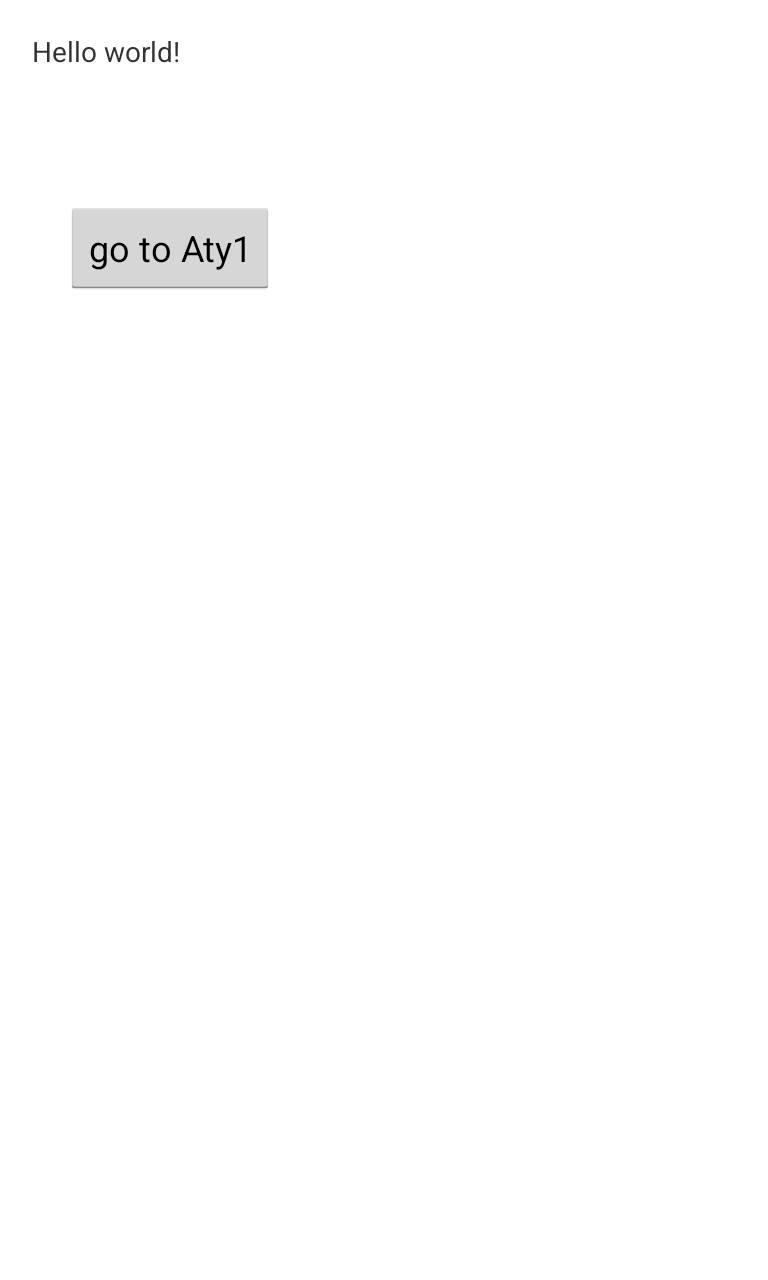
Repository: avenosu/android-coding-practice
Layout: Z001Activity/res/layout/activity_main.xml
The author's editor kept a copy of each file at every save. The layout is drawn from the files as they stood at one save, then again after the next save.
It is drawn on a 768 x 1280 px phone screen (xhdpi) without system bars, with theme AppTheme; the app's code is not run.

Above is the layout before, as saved 2015-03-24 11:28:42.

### Z001Activity/res/layout/activity_main.xml
<RelativeLayout xmlns:android="http://schemas.android.com/apk/res/android"
    xmlns:tools="http://schemas.android.com/tools"
    android:layout_width="match_parent"
    android:layout_height="match_parent"
    android:paddingBottom="@dimen/activity_vertical_margin"
    android:paddingLeft="@dimen/activity_horizontal_margin"
    android:paddingRight="@dimen/activity_horizontal_margin"
    android:paddingTop="@dimen/activity_vertical_margin"
    tools:context="com.zzz.Z001Activity.MainActivity" >


    <TextView
        android:id="@+id/mainactivity_textView1"
        android:layout_width="wrap_content"
        android:layout_height="wrap_content"
        android:text="@string/hello_world" />


    <Button
        android:id="@+id/mainactivity_button1_gotoaty1"
        android:layout_width="wrap_content"
        android:layout_height="wrap_content"
        android:layout_alignParentLeft="true"
        android:layout_alignParentTop="true"
        android:layout_marginLeft="16dp"
        android:layout_marginTop="84dp"
        android:text="go to Aty1" />



</RelativeLayout>

### Z001Activity/res/values/strings.xml
<?xml version="1.0" encoding="utf-8"?>
<resources>

    <string name="app_name">Z001Activity</string>
    <string name="hello_world">Hello world!</string>
    <string name="action_settings">Settings</string>

</resources>

Loaded but not shown: Z001Activity/res/values/styles.xml (common file); Z001Activity/res/values-v11/styles.xml (common file); Z001Activity/res/values-v14/styles.xml (common file); Z001Activity/res/values/dimens.xml (common file); Z001Activity/res/values-w820dp/dimens.xml (common file)

After the next save:
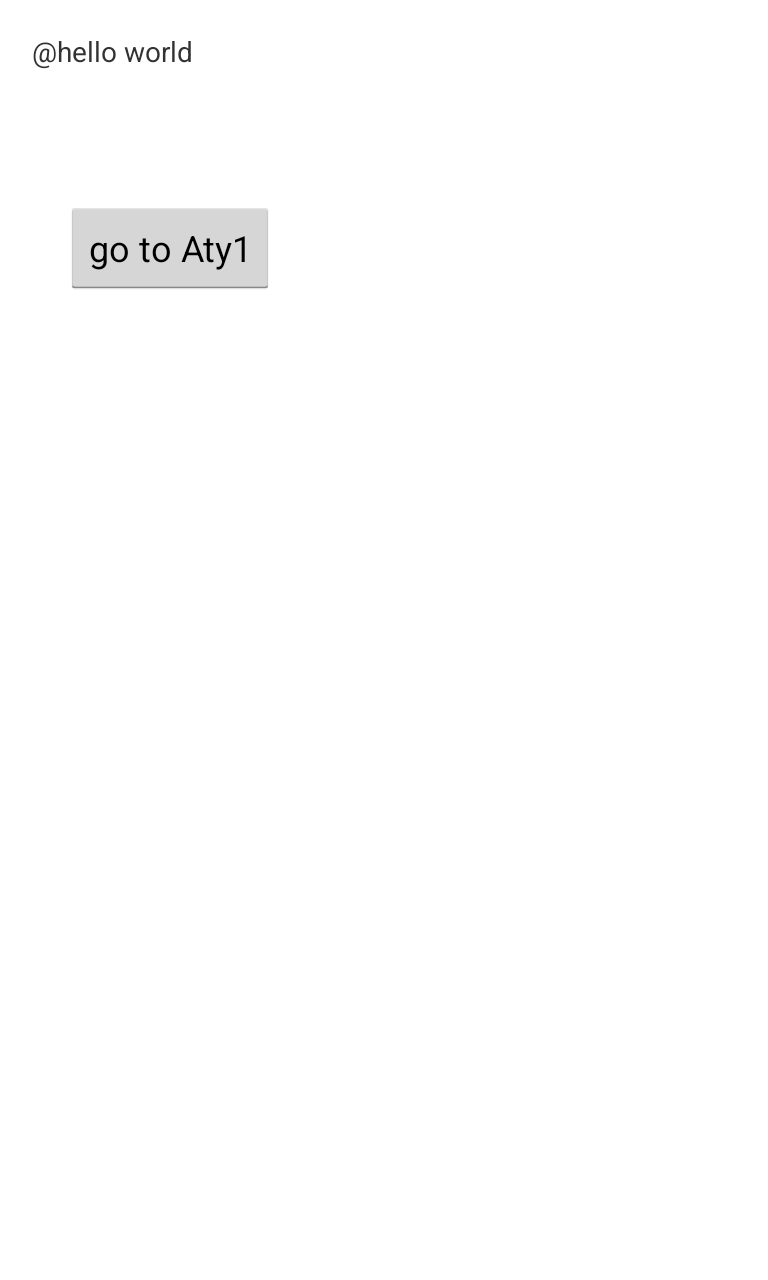
Saved 5 min 6 s later.
--- a/Z001Activity/res/layout/activity_main.xml
+++ b/Z001Activity/res/layout/activity_main.xml
@@ -13,7 +13,7 @@
         android:id="@+id/mainactivity_textView1"
         android:layout_width="wrap_content"
         android:layout_height="wrap_content"
-        android:text="@string/hello_world" />
+        android:text="@hello world" />
 
 
     <Button
